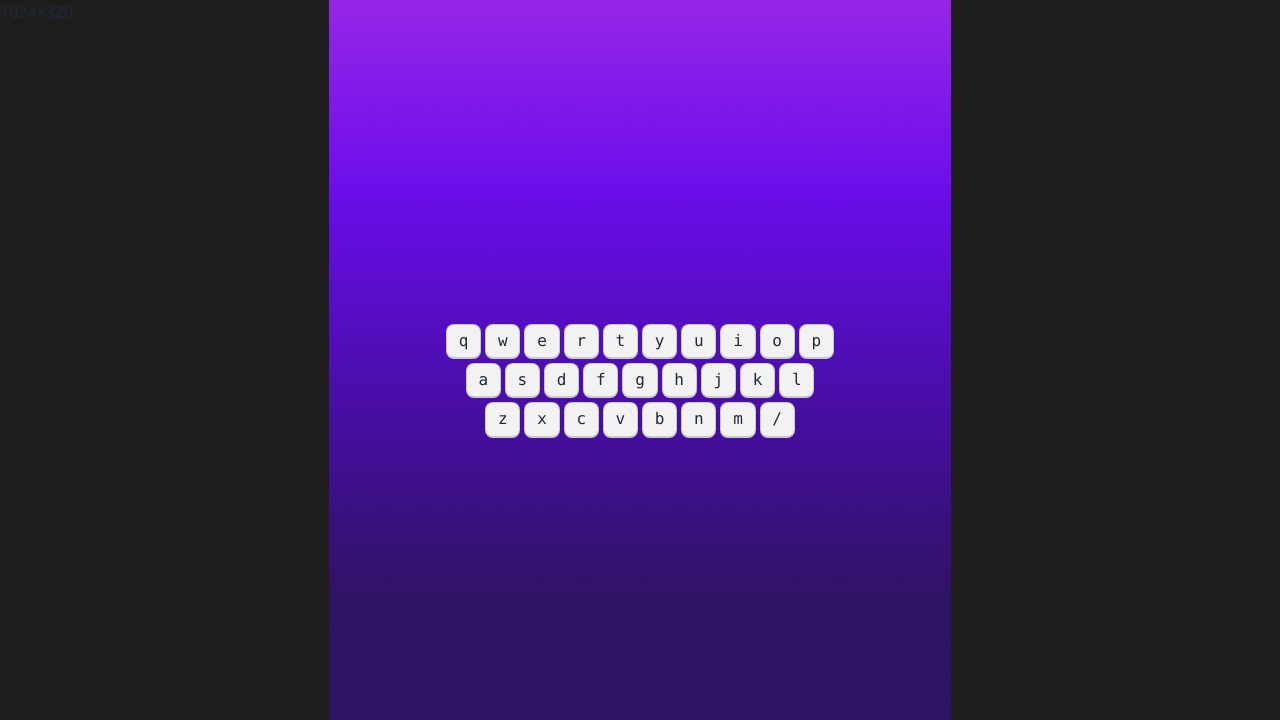
Repository: RudrasahaDibos/Alphabet-clash-
Page: index.html
These files come from the project's save history. The page is drawn as it stood at one moment and after the next save; the edit follows.
The browser window is 1280 px wide. The pictures show the whole page.
Some web fonts or font styles are not loaded; a fallback is used. Some web libraries are served in a nearby version.

Above is the page before, as saved 2024-11-04 11:53:57.

After the next save:
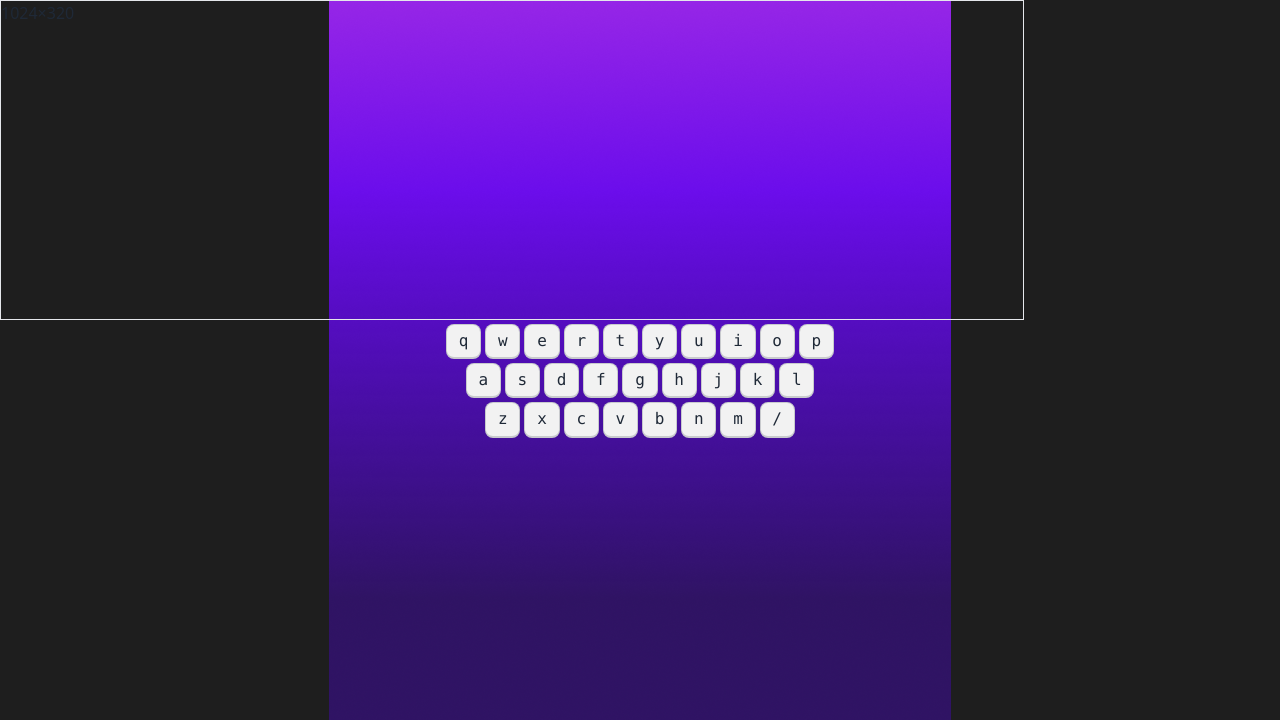
Saved 30 s later.
--- a/index.html
+++ b/index.html
@@ -32,7 +32,7 @@
             <!-- midlle screen start here -->
             <section>
                     <!-- display screen start here -->
-                    <div class="artboard artboard-horizontal phone-6 ">
+                    <div class="artboard artboard-horizontal phone-6 border">
                         1024×320
                     </div>
                      <!-- dispaly screen end here -->
